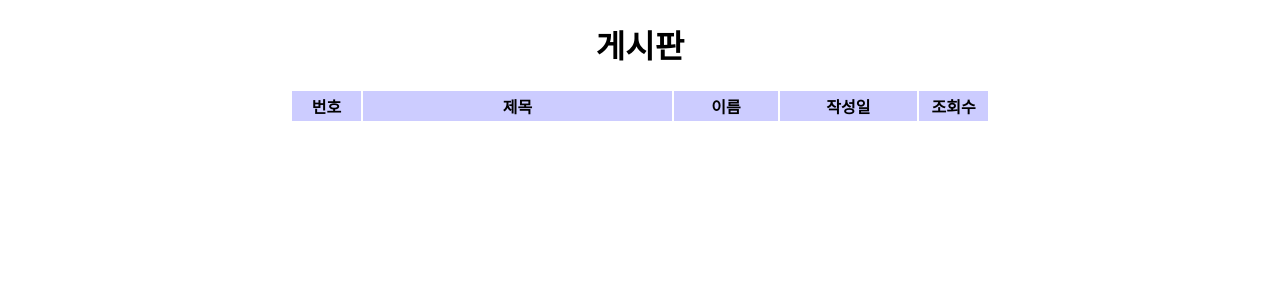
Repository: Rummikub/DBStudy
Page: HTML Project3/WebContent/html/list.html
The author's editor kept a copy of each file at every save. The page is drawn from the files as they stood at one save, then again after the next save.
The browser window is 1280 px wide. The pictures show the whole page.

Above is the page before, as saved 2020-02-05 06:34:45.

### HTML Project3/WebContent/html/list.html
<!DOCTYPE html>
<html>
<head>
<meta charset="UTF-8">
<title>Insert title here</title>
</head>
<body>
	<center>
	 <h1>게시판</h1>
	 <table border=0 width=700>
	  <tr bgcolor="#ccccff" height="30">
	   <th width=10%>번호</th>
	   <th width=45%>제목</th>
	   <th width=15%>이름</th>
	   <th width=20%>작성일</th>
	   <th width=10%>조회수</th>
	 </table>
	</center>
</body>
</html>

After the next save:
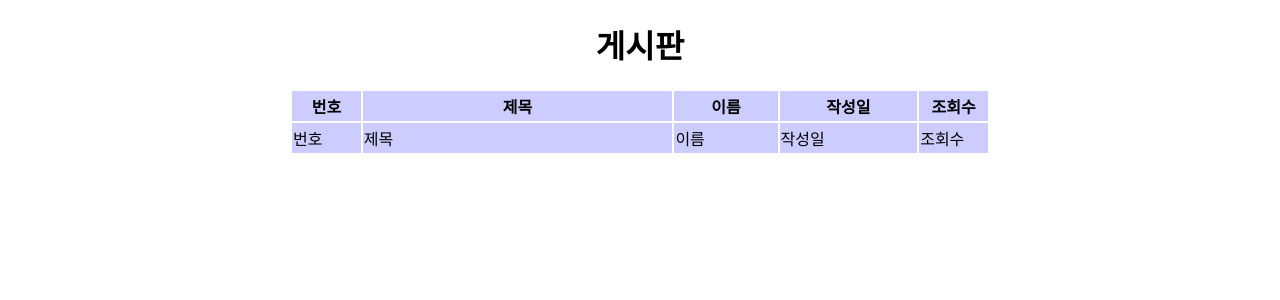
Saved 73 s later.
--- a/HTML Project3/WebContent/html/list.html
+++ b/HTML Project3/WebContent/html/list.html
@@ -14,6 +14,14 @@
 	   <th width=15%>이름</th>
 	   <th width=20%>작성일</th>
 	   <th width=10%>조회수</th>
+	  </tr>
+	  <tr bgcolor="#ccccff" height="30">
+	   <td width=10%>번호</td>
+	   <td width=45%>제목</td>
+	   <td width=15%>이름</td>
+	   <td width=20%>작성일</td>
+	   <td width=10%>조회수</td>
+	  </tr>
 	 </table>
 	</center>
 </body>
